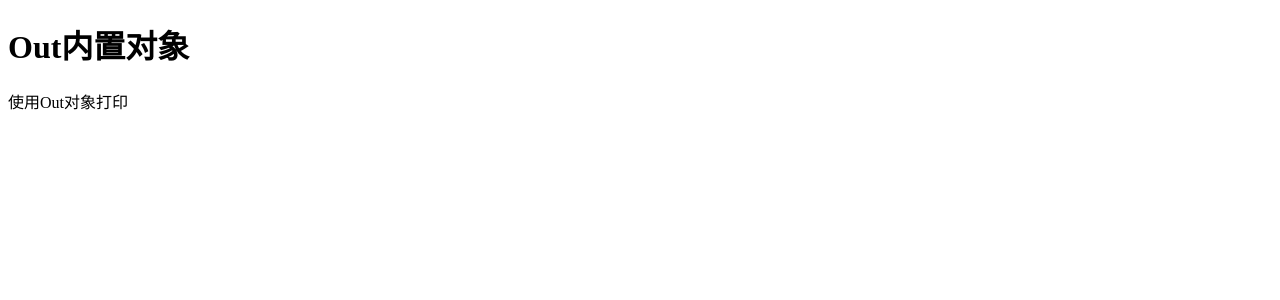
Repository: jionjion/JAVA_WorkSpace
Page: http://localhost/ServletClient/modules/jspBase/baseII.jsp
These files come from the project's save history. The page is drawn as it stood at one moment and after the next save; the edit follows.
The browser window is 1280 px wide. The pictures show the whole page.
The page is served by Tomcat 9.

Above is the page before, as saved 2017-07-10 13:53:10.

After the next save:
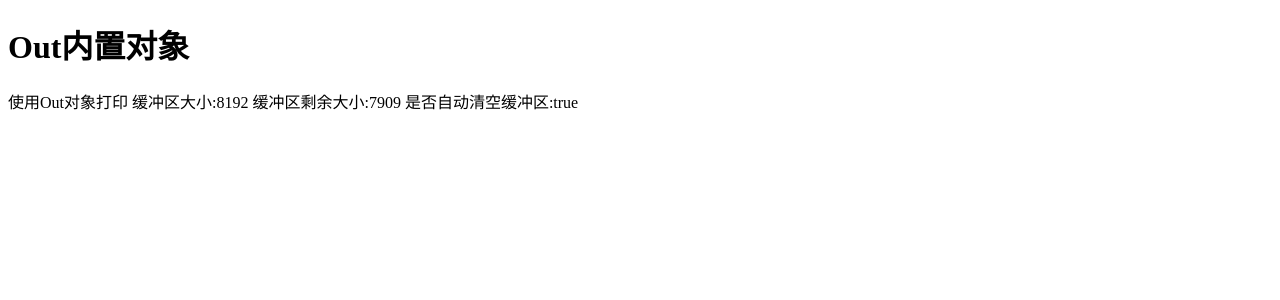
Saved 76 s later.
--- a/ServletClient/WebContent/modules/jspBase/baseII.jsp
+++ b/ServletClient/WebContent/modules/jspBase/baseII.jsp
@@ -11,5 +11,8 @@
 	<%
 		out.println("使用Out对象打印");
 	%>
+	缓冲区大小:<%=out.getBufferSize() %>
+	缓冲区剩余大小:<%=out.getRemaining() %>
+	是否自动清空缓冲区:<%=out.isAutoFlush() %>
 </body>
 </html>
